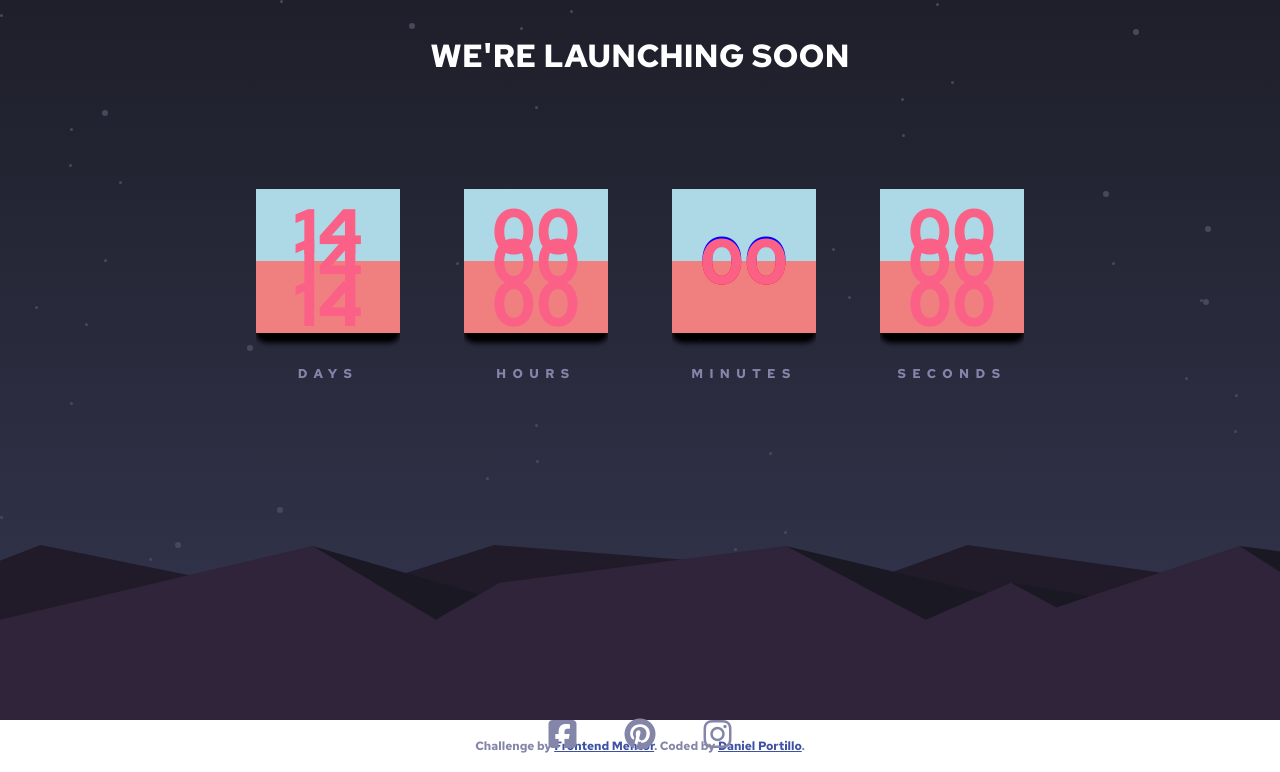
Repository: dportillo23/launch-countdown-timer-main
Page: index.html
The author's editor kept a copy of each file at every save. The page is drawn from the files as they stood at one save, then again after the next save.
The browser window is 1280 px wide. The pictures show the whole page.
Some web libraries are served in a nearby version. The style sheet was rebuilt from its Sass, Less or Tailwind sources for each picture, by a compiler version that may differ from the author's.

Above is the page before, as saved 2021-07-02 12:23:09.

After the next save:
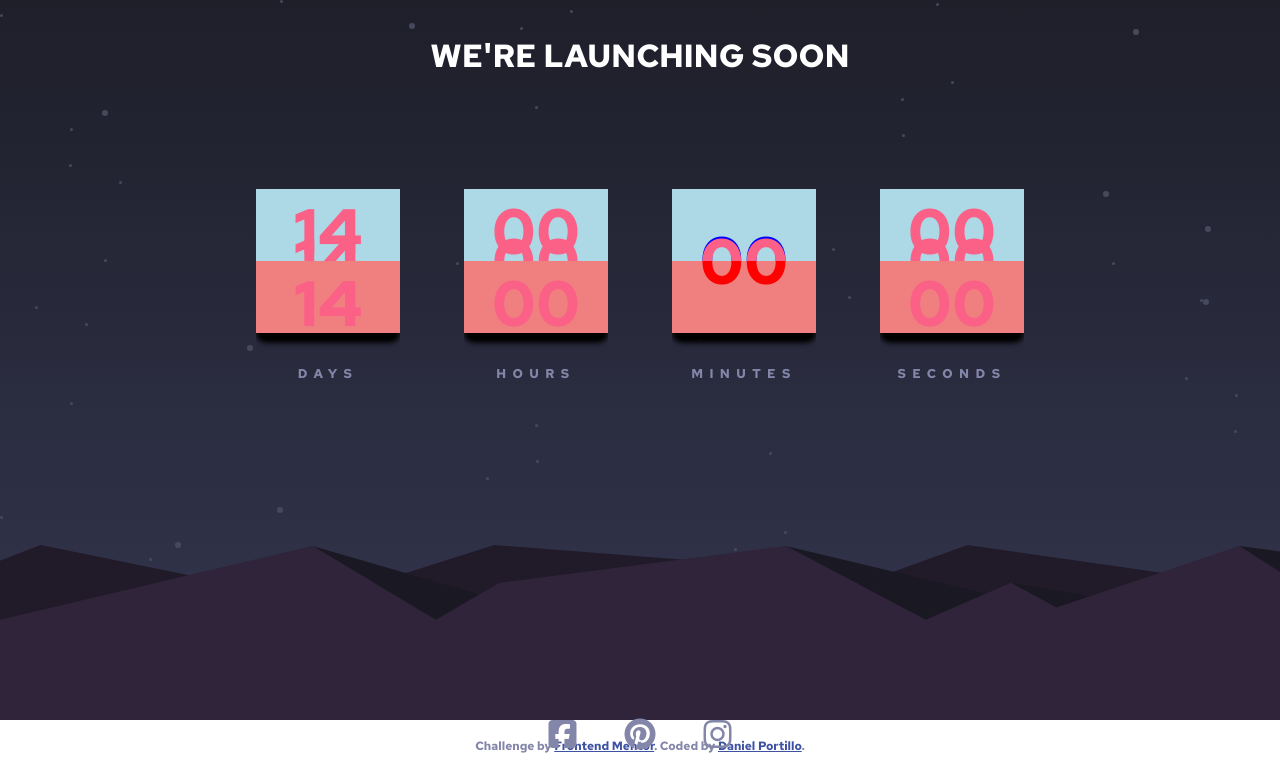
Saved 9 s later.
--- a/style.scss
+++ b/style.scss
@@ -78,7 +78,6 @@ body {
     .card--title {
         font-size: 4rem;
         position: absolute;
-        z-index: 1;
         top: 50%;
         left: 50%;
         transform: translate(-50%, -50%);
